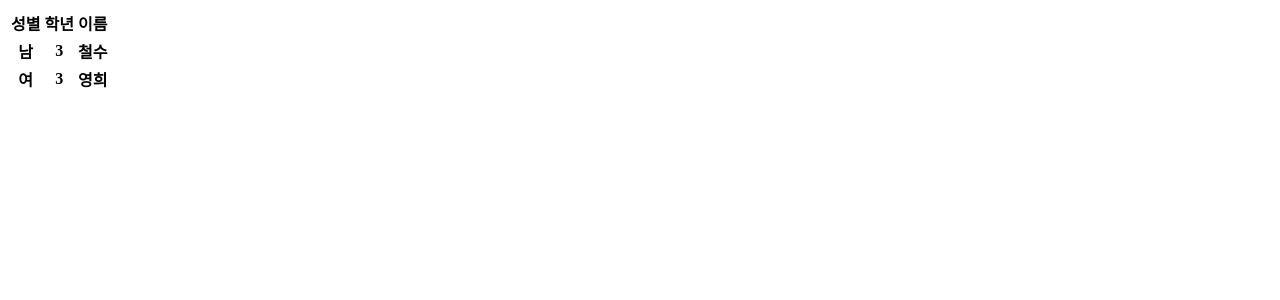
Repository: wijune0327/wijune0327.github.com
Page: table.html
The author's editor kept a record of every edit. The page is drawn from the files as they stood at one moment, then again after the next edit.
The browser window is 1280 px wide. The pictures show the whole page.

Above is the page before.

### table.html
<!DOCTYPE html>
<html lang="kr">
    <head>
     <meta charset="utf-8">
     <title>저는 멋쟁이 사자입니다.</title>
    </head>
    <body>
        <table>
            <tr>
                <th>성별</th>
                <th>학년</th>
                <th>이름</th>
            </tr>
            <tr>
                <th>남</th>
                <th>3</th>
                <th>철수</th>
            </tr>
            <tr>
                <th>여</th>
                <th>3</th>
                <th>영희</th>
            </tr>
        </table>
    </body>
</html>

After the next edit:
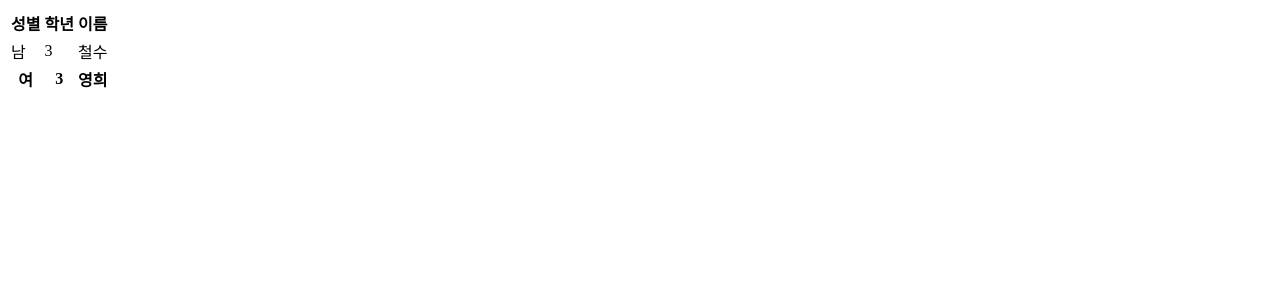
The edit:
--- a/table.html
+++ b/table.html
@@ -12,9 +12,9 @@
                 <th>이름</th>
             </tr>
             <tr>
-                <th>남</th>
-                <th>3</th>
-                <th>철수</th>
+                <td>남</td>
+                <td>3</td>
+                <td>철수</td>
             </tr>
             <tr>
                 <th>여</th>
